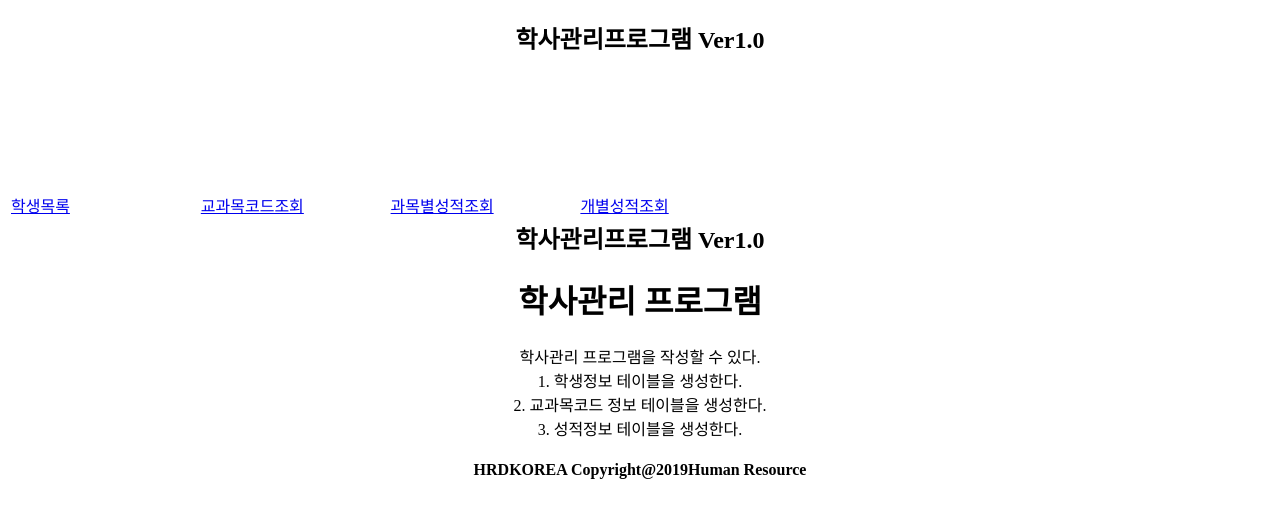
Repository: DDoeDDoe32/sw5
Page: http://localhost/test10/
The author's editor kept a copy of each file at every save. The page is drawn from the files as they stood at one save, then again after the next save.
The browser window is 1280 px wide. The pictures show the whole page.
The page is served by Tomcat 9.

Above is the page before, as saved 2019-05-18 04:51:47.

### 실습파일/test10/WebContent/index.jsp
<%@ page language="java" contentType="text/html; charset=UTF-8"
    pageEncoding="UTF-8"%>
<!DOCTYPE html>
<html>
<head>
<meta charset="UTF-8">
<title>교무학사관리시스템 Ver1.0</title>
</head>
<body>
<div style='height:150PX; text-align:center'>
<%@ include file="main_header.jsp" %>
</div>
<div style='text-align:center'>
<%@ include file="main_nav.jsp" %>
</div>
<div style='text-align:center'>
<%@ include file="main_contents.jsp" %>
</div>
<div style='text-align:center'>
<%@ include file="main_footer.jsp" %>
</div>



</body>
</html>

### 실습파일/test10/WebContent/main_header.jsp
<%@ page language="java" contentType="text/html; charset=UTF-8"
    pageEncoding="UTF-8"%>
<!DOCTYPE html>
<div align="center">
<h2><B>학사관리프로그램 Ver1.0</B></h2>
</div>

### 실습파일/test10/WebContent/main_nav.jsp
<%@ page language="java" contentType="text/html; charset=UTF-8"
    pageEncoding="UTF-8"%>
<!DOCTYPE html>
<center>
<table width="100%" align="left">
	<tr>
		<td width="15%"><a href="a.jsp">학생목록</a>
		<td width="15%"><a href="a.jsp">교과목코드조회</a>
		<td width="15%"><a href="a.jsp">과목별성적조회</a>
		<td width="15%"><a href="a.jsp">개별성적조회</a>
		<td width="40%">&nbsp;</td>
	</tr>
</table>
</center>

<div align="center">
<h2><B>학사관리프로그램 Ver1.0</B></h2>
</div>

### 실습파일/test10/WebContent/main_contents.jsp
<%@ page language="java" contentType="text/html; charset=UTF-8"
    pageEncoding="UTF-8"%>
<!DOCTYPE html>
<html>
<head>
<meta charset="UTF-8">
<title>Insert title here</title>
</head>
<body>
<div style='text-align:center'><h1><B>학사관리 프로그램</B></h1></div>
학사관리 프로그램을 작성할 수 있다. <br/>
1. 학생정보 테이블을 생성한다. <br/>
2. 교과목코드 정보 테이블을 생성한다. <br/>
3. 성적정보 테이블을 생성한다. <br/>

</body>
</html>

### 실습파일/test10/WebContent/main_footer.jsp
<%@ page language="java" contentType="text/html; charset=UTF-8"
    pageEncoding="UTF-8"%>
<!DOCTYPE html>
<div style='text-align:center'>
<h4><B>HRDKOREA Copyright@2019Human Resource
</div>

After the next save:
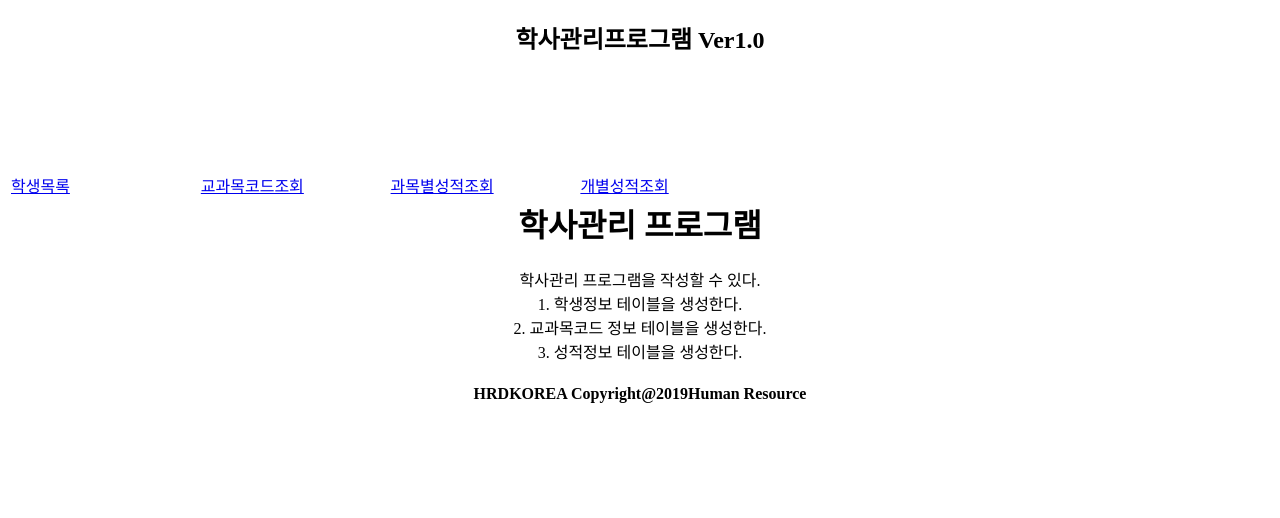
Saved 26 s later.
--- a/실습파일/test10/WebContent/main_nav.jsp
+++ b/실습파일/test10/WebContent/main_nav.jsp
@@ -12,7 +12,3 @@
 	</tr>
 </table>
 </center>
-
-<div align="center">
-<h2><B>학사관리프로그램 Ver1.0</B></h2>
-</div>
